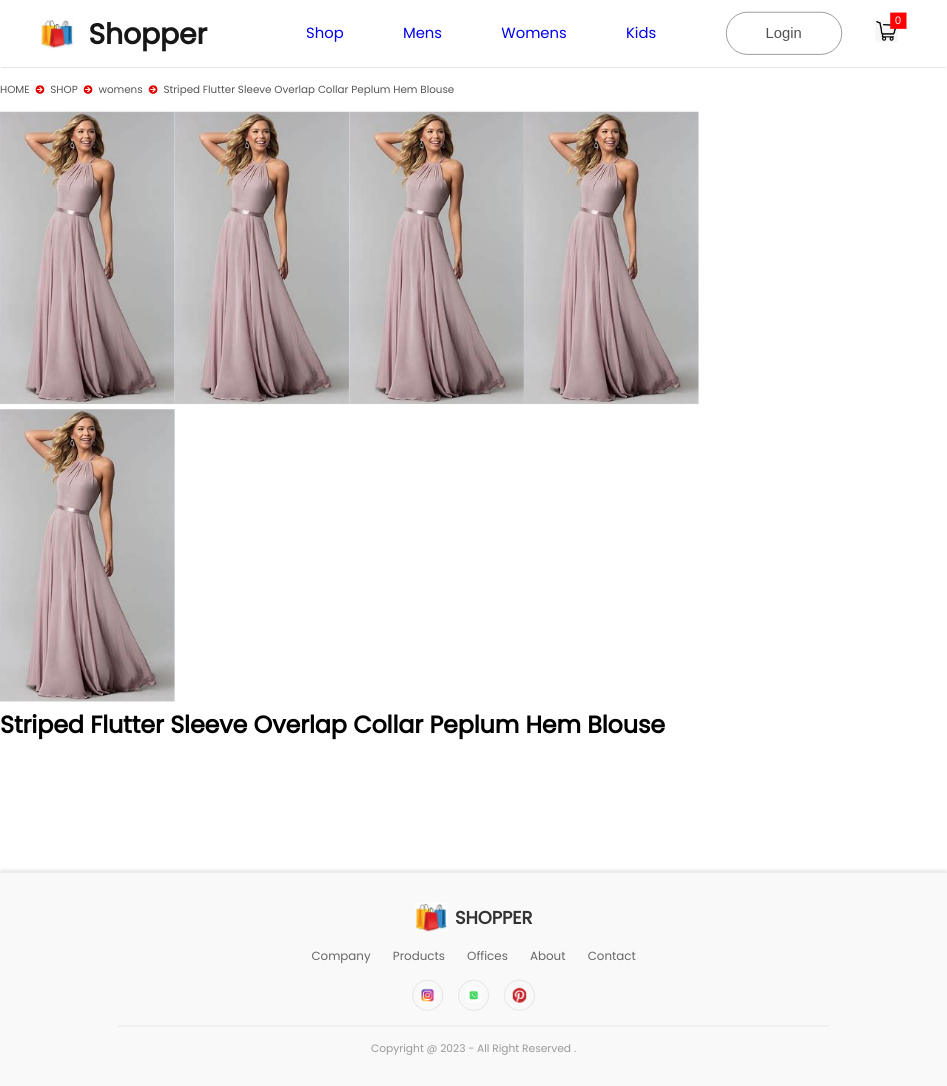
Repository: sshaiv/Shoppie_EcommerceAPP
Page: /product/1
An editor plug-in stored every save of this project. The page is shown before and after a run of saves, followed by the edit.
The browser window is 1280 px wide. The pictures show the whole page, at 74% of full size.
The project was rebuilt for these pictures with package versions that can differ from the ones it lists, and the page was loaded fresh each time. Also part of the build but not shown: src/App.css, src/Components/Pages/CSS/ShopCategory.css, src/Components/Item/Item.css, src/Components/Item/Item.jsx, src/Components/Pages/ShopCategory.jsx, src/Components/ProductDisplay/ProductDisplay.css, src/Components/Pages/Cart.jsx, src/Components/Pages/CSS/LoginSignup.css and 14 more.

Above is the page before, as saved 2024-07-16 21:44:54.

After the next 3 saves:
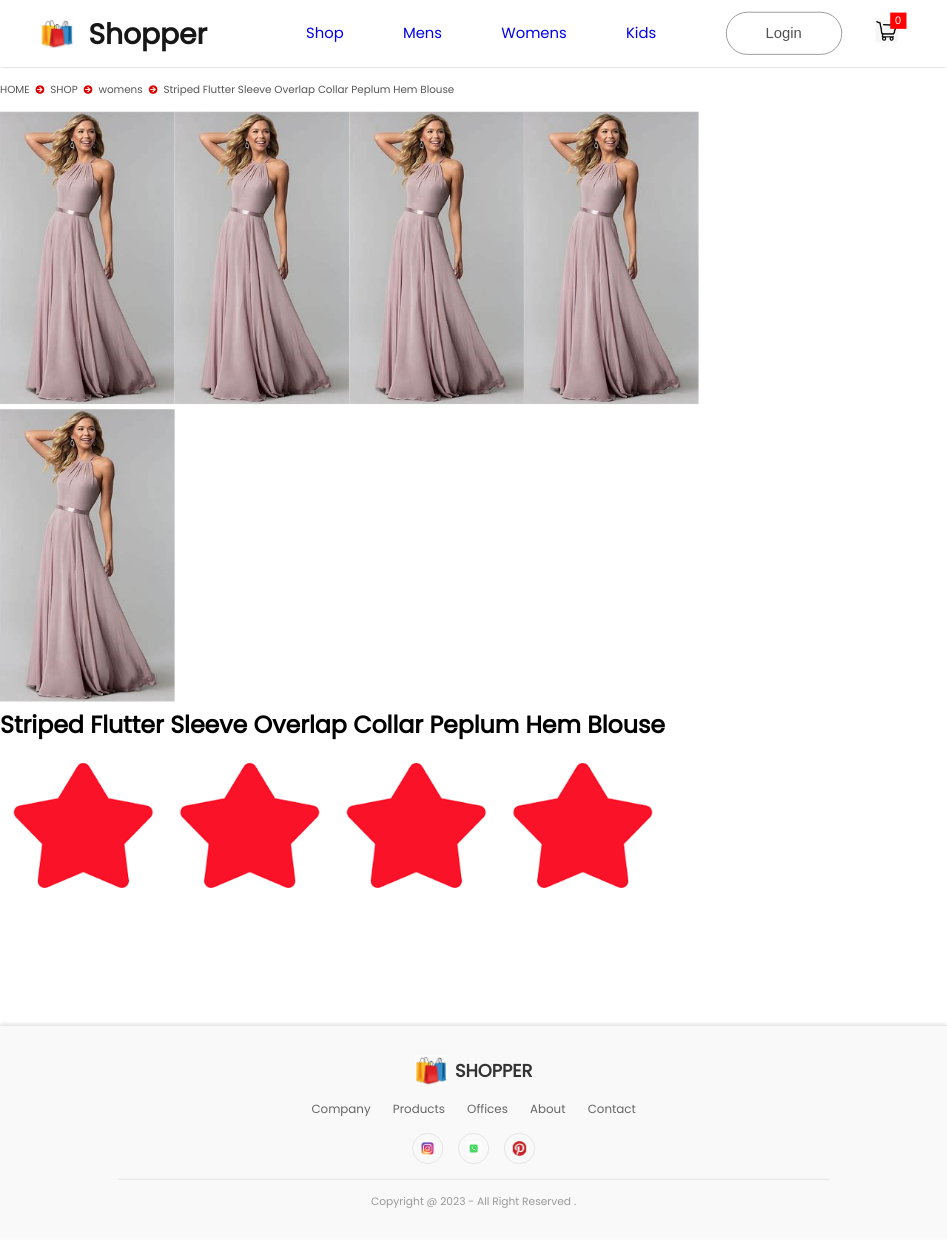
The 3 saves are shown as one change because they came seconds apart.
The last was saved 24 s later.
--- a/src/Components/ProductDisplay/ProductDisplay.jsx
+++ b/src/Components/ProductDisplay/ProductDisplay.jsx
@@ -21,10 +21,10 @@ const ProductDisplay = (props) => {
       <div className="productdisplay-right">
         <h1>{product.name}</h1>
         <div className="productdisplay-right-star">
-          <img src="" alt="" />
-          <img src="" alt="" />
-          <img src="" alt="" />
-          <img src="" alt="" />
+          <img src={star_icon} alt="" />
+          <img src={star_icon} alt="" />
+          <img src={star_icon} alt="" />
+          <img src={star_icon} alt="" />
         </div>
       </div>
     </div>
